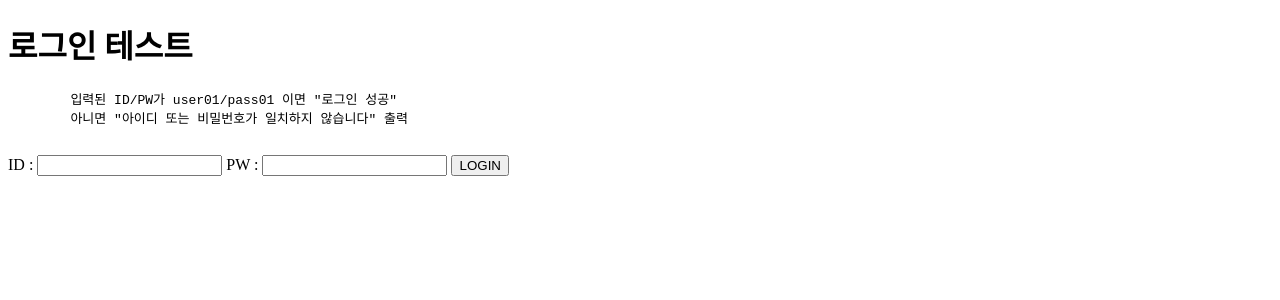
Repository: seungjoo1217/05_Server
Page: JSPProject1/src/main/webapp/index.html
These files come from the project's save history. The page is drawn as it stood at one moment and after the next save; the edit follows.
The browser window is 1280 px wide. The pictures show the whole page.

Above is the page before, as saved 2024-03-22 01:17:06.

### JSPProject1/src/main/webapp/index.html
<!DOCTYPE html>
<html lang="en">
<head>
    <meta charset="UTF-8">
    <meta name="viewport" content="width=device-width, initial-scale=1.0">
    <title>JSP Project1</title>
</head>
<body>
    <h1>로그인 테스트</h1>

    <pre>
        입력된 ID/PW가 user01/pass01 이면 "로그인 성공"
        아니면 "아이디 또는 비밀번호가 일치하지 않습니다" 출력
    </pre>

    <form action="/login" method="post">
        ID : <input type="text" name="id">
        PW : <input type="password" name="pw">
        <button>LOGIN</button>
    </form>
</body>
</html>

After the next save:
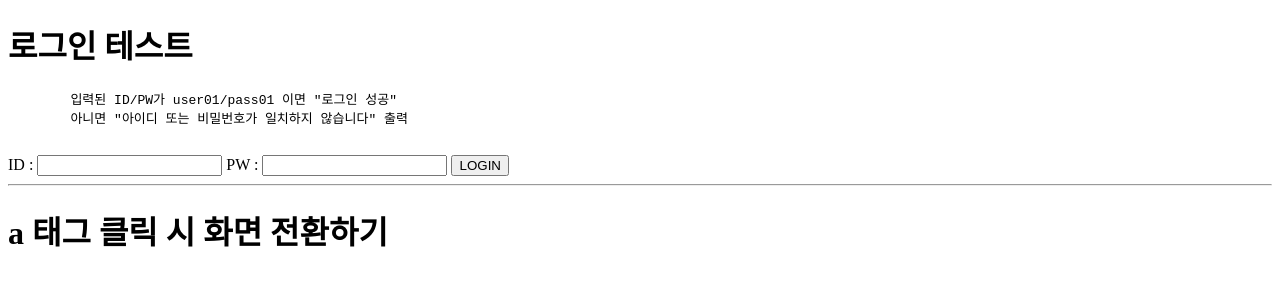
Saved 7 min 19 s later.
--- a/JSPProject1/src/main/webapp/index.html
+++ b/JSPProject1/src/main/webapp/index.html
@@ -18,5 +18,23 @@
         PW : <input type="password" name="pw">
         <button>LOGIN</button>
     </form>
+
+    <hr>
+
+    <h1>a 태그 클릭 시 화면 전환하기</h1>
+
+
+
+
+
+
+
+
+
+
+
+
+
+
 </body>
 </html>
